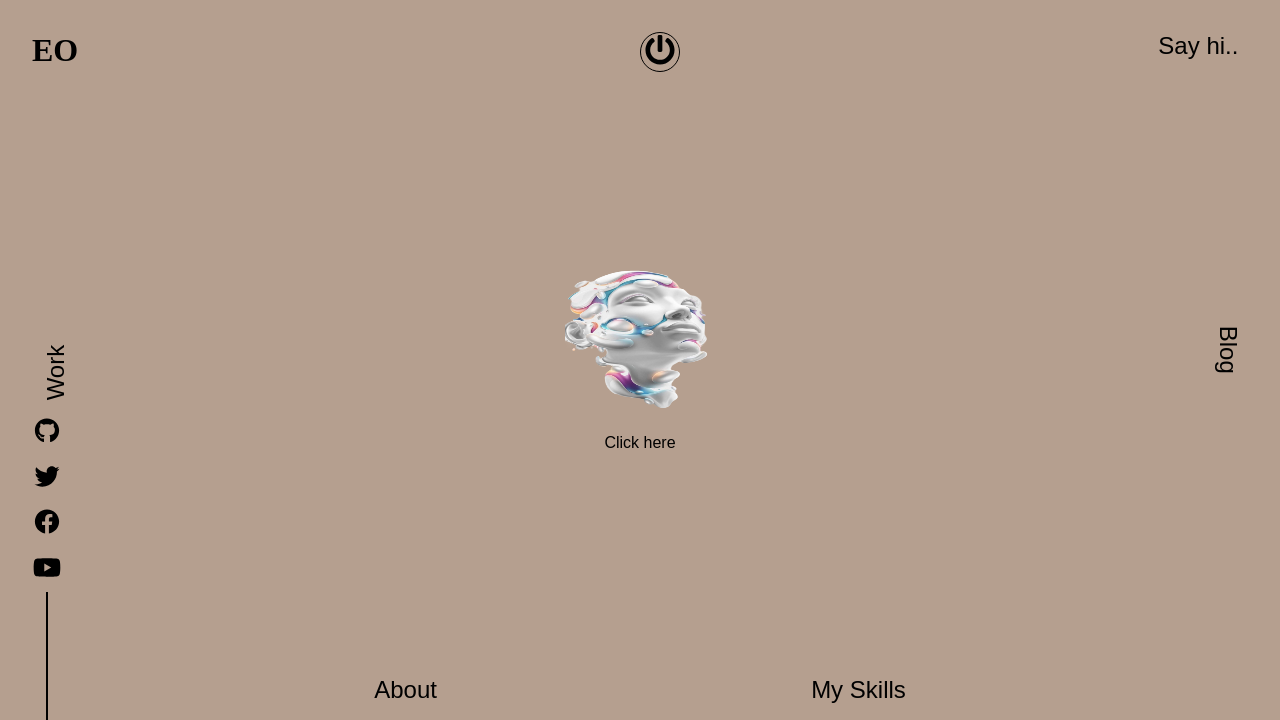
Repository: Deonorla/deon-dev
Page: /main
An editor plug-in stored every save of this project. The page is shown before and after a run of saves, followed by the edit.
The browser window is 1280 px wide. The pictures show the whole page.
The project was rebuilt for these pictures with package versions that can differ from the ones it lists, and the page was loaded fresh each time. The framework's server and built-in components were replaced by stand-ins that run in the browser. Also part of the build but not shown: next.config.ts.

Above is the page before, as saved 2025-05-28 18:08:40.

After the next 2 saves:
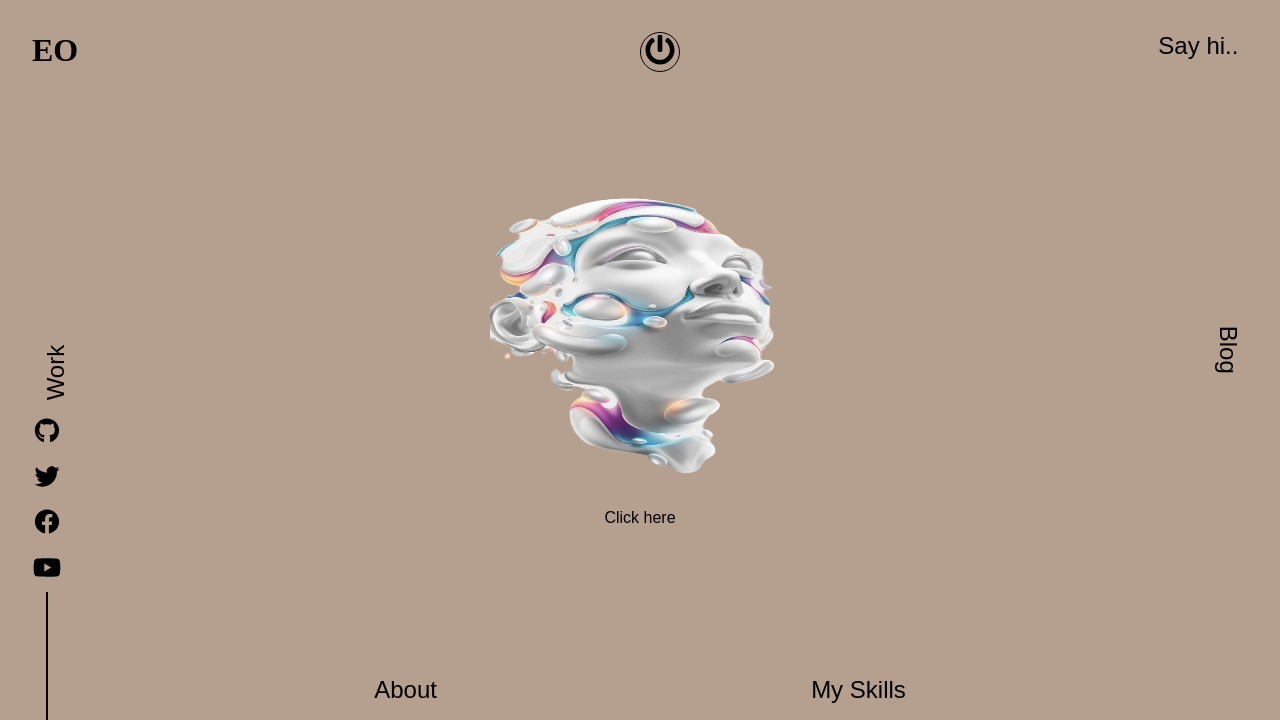
The 2 saves are shown as one change because 1 did not build or start.
The last was saved 75 s later.
--- a/src/app/main/page.tsx
+++ b/src/app/main/page.tsx
@@ -108,8 +108,8 @@
           <Image
             src="/images/head.png"
             alt="Deon Oluleye"
-            width={150}
-            height={150}
+            width={300}
+            height={300}
           />
           {/* <YinYang width={150} height={150} fill="currentColor" /> */}
           <span>Click here</span>
